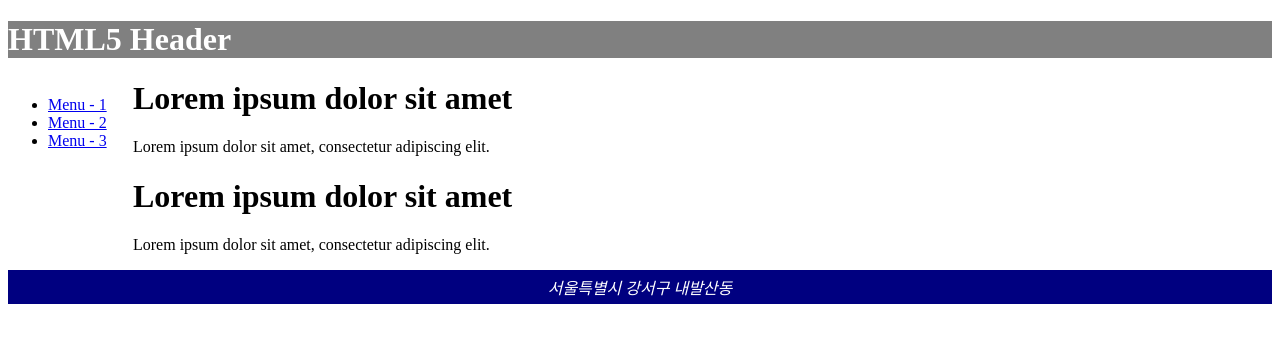
Repository: soso1525/bitcamp
Page: workspace/java-web/src/main/webapp/ch2/2-53.html
These files come from the project's save history. The page is drawn as it stood at one moment and after the next save; the edit follows.
The browser window is 1280 px wide. The pictures show the whole page.

Above is the page before, as saved 2017-12-12 08:12:20.

After the next save:
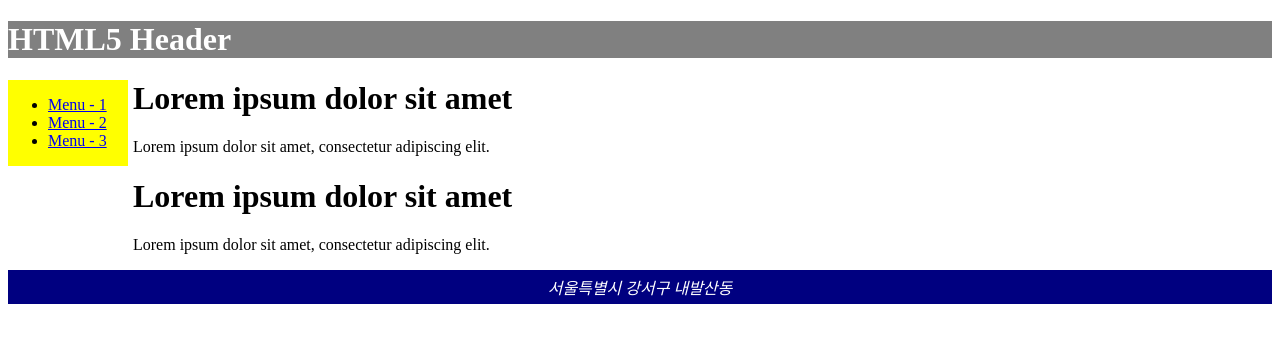
Saved 13 s later.
--- a/workspace/java-web/src/main/webapp/ch2/2-53.html
+++ b/workspace/java-web/src/main/webapp/ch2/2-53.html
@@ -9,6 +9,7 @@
         #sidebar {
             width: 120px;
             float: left;
+            background-color: yellow;
         }
 
         #content {
